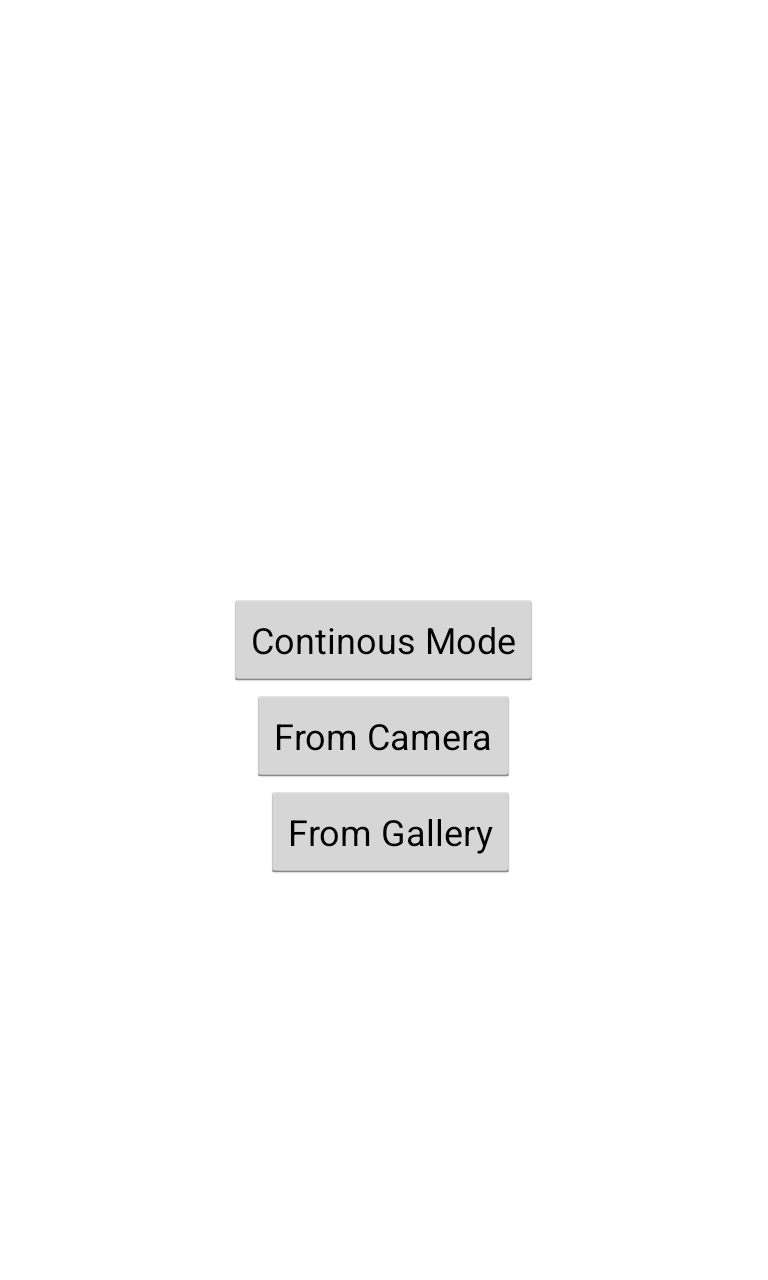
Repository: renatovieira/tcc2013
Layout: TCC/res/layout/activity_filter.xml
An editor plug-in stored every save of this project. The layout is shown before and after the next save, followed by the edit.
It is drawn on a 768 x 1280 px phone screen (xhdpi) without system bars, with theme AppTheme; the app's code is not run.

Above is the layout before, as saved 2013-07-21 20:08:19.

### TCC/res/layout/activity_filter.xml
<RelativeLayout xmlns:android="http://schemas.android.com/apk/res/android"
    xmlns:tools="http://schemas.android.com/tools"
    android:layout_width="match_parent"
    android:layout_height="match_parent"
    android:paddingBottom="@dimen/activity_vertical_margin"
    android:paddingLeft="@dimen/activity_horizontal_margin"
    android:paddingRight="@dimen/activity_horizontal_margin"
    android:paddingTop="@dimen/activity_vertical_margin"
    tools:context=".FilterActivity" >

    <Button
        android:id="@+id/liveModeButton"
        android:layout_width="wrap_content"
        android:layout_height="wrap_content"
        android:layout_centerHorizontal="true"
        android:layout_centerVertical="true"
        android:text="@string/live_mode" />

    <Button
        android:id="@+id/galleryModeButton"
        android:layout_width="wrap_content"
        android:layout_height="wrap_content"
        android:layout_alignRight="@+id/cameraModeButton"
        android:layout_below="@+id/cameraModeButton"
        android:text="@string/from_gallery" />

    <Button
        android:id="@+id/cameraModeButton"
        android:layout_width="wrap_content"
        android:layout_height="wrap_content"
        android:layout_below="@+id/liveModeButton"
        android:layout_centerHorizontal="true"
        android:text="@string/from_camera" />

</RelativeLayout>

### TCC/res/values/strings.xml
<?xml version="1.0" encoding="utf-8"?>
<resources>

    <string name="app_name">TCC</string>
    <string name="action_settings">Settings</string>

	<!--     FilterActivity -->
    <string name="live_mode">Continous Mode</string>
    <string name="from_gallery">From Gallery</string>
    <string name="from_camera">From Camera</string>

</resources>

Loaded but not shown: TCC/res/values/styles.xml (common file); TCC/res/values-v11/styles.xml (common file); TCC/res/values-v14/styles.xml (common file); TCC/res/values/dimens.xml (common file)

After the next save:
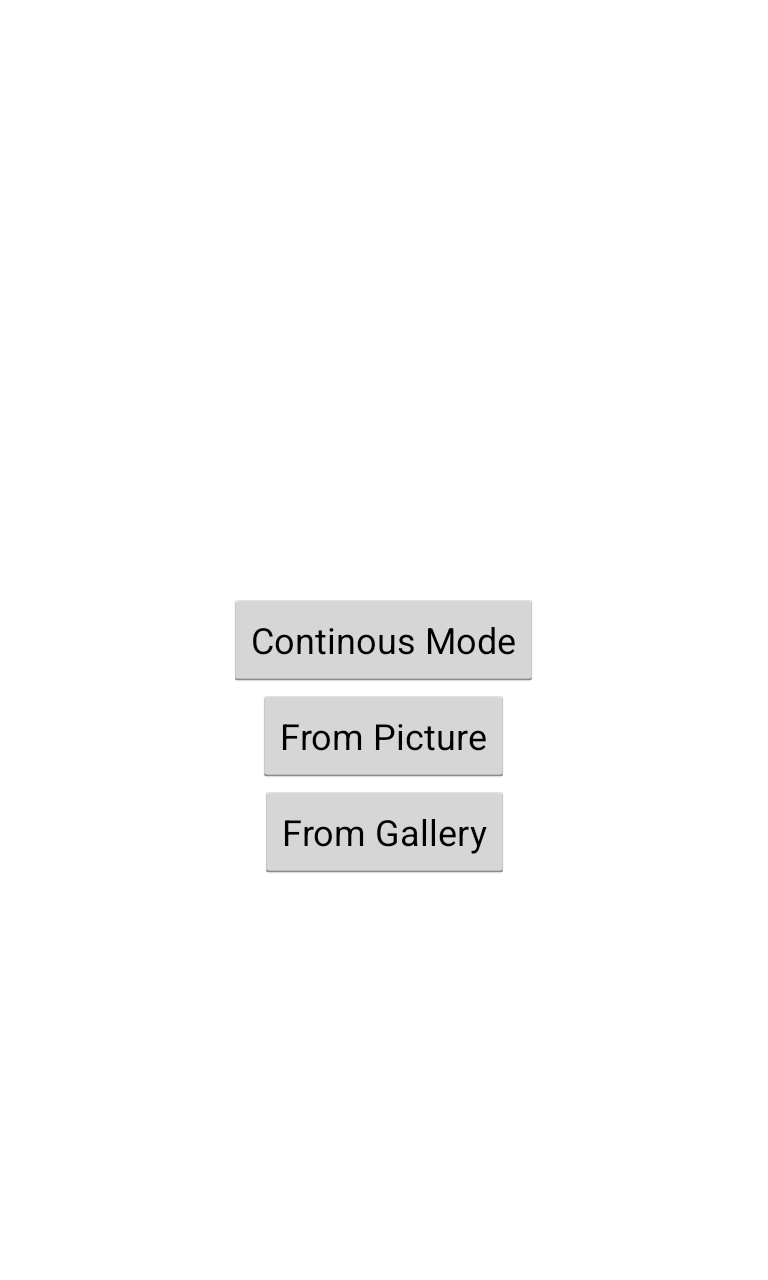
Saved 12 s later.
--- a/TCC/res/values/strings.xml
+++ b/TCC/res/values/strings.xml
@@ -7,6 +7,6 @@
 	<!--     FilterActivity -->
     <string name="live_mode">Continous Mode</string>
     <string name="from_gallery">From Gallery</string>
-    <string name="from_camera">From Camera</string>
+    <string name="from_camera">From Picture</string>
 
 </resources>
